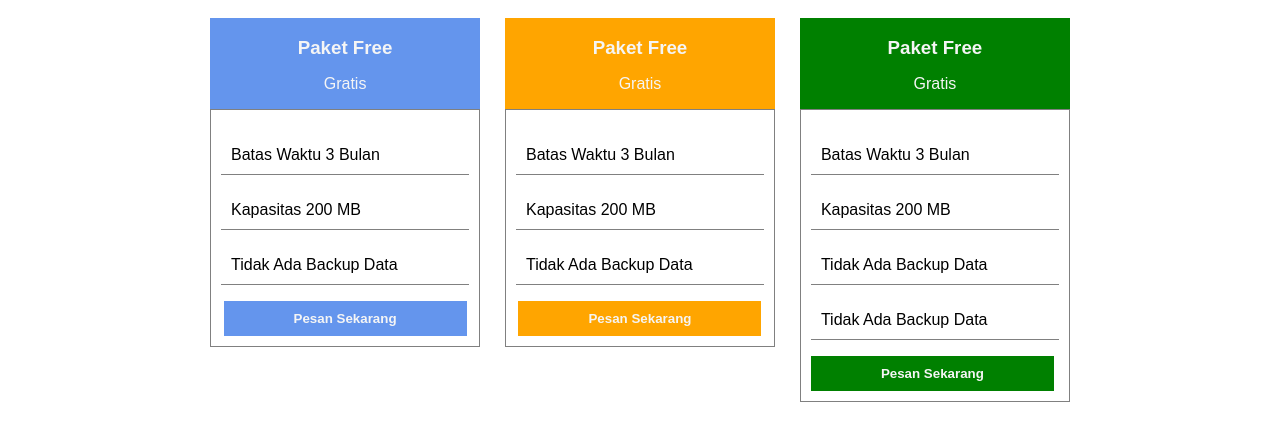
Repository: AHSANS354/tugas-sib5
Page: tugas css/index.html
These files come from the project's save history. The page is drawn as it stood at one moment and after the next save; the edit follows.
The browser window is 1280 px wide. The pictures show the whole page.

Above is the page before, as saved 2023-08-29 16:41:22.

After the next save:
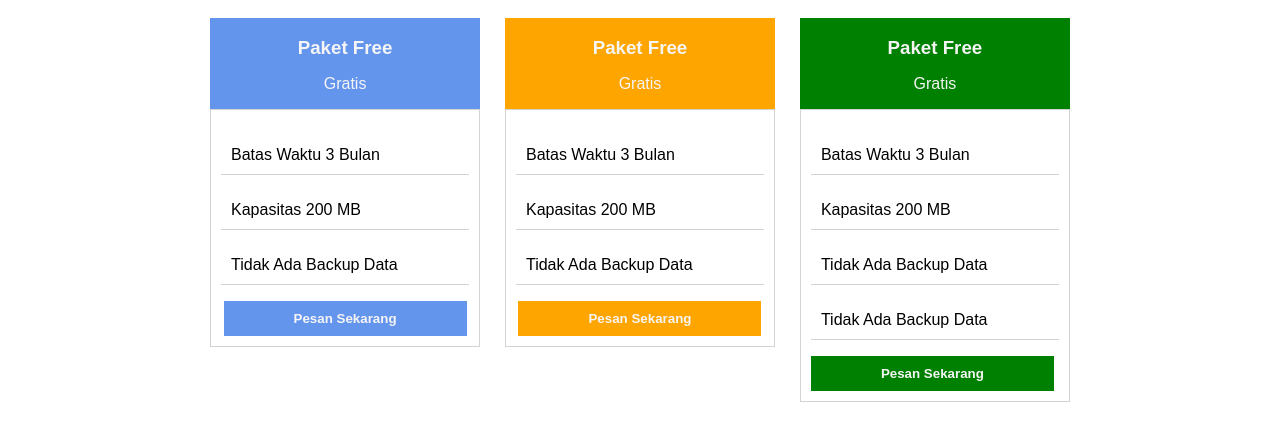
Saved 2 min 9 s later.
--- a/tugas css/style.css
+++ b/tugas css/style.css
@@ -23,12 +23,12 @@
 }
 
 .content {
-  border: 1px solid gray;
+  border: 1px solid lightgray;
   padding: 10px;
 }
 
 .content p {
-  border-bottom: 1px solid gray;
+  border-bottom: 1px solid lightgray;
   padding: 10px;
 }
 
